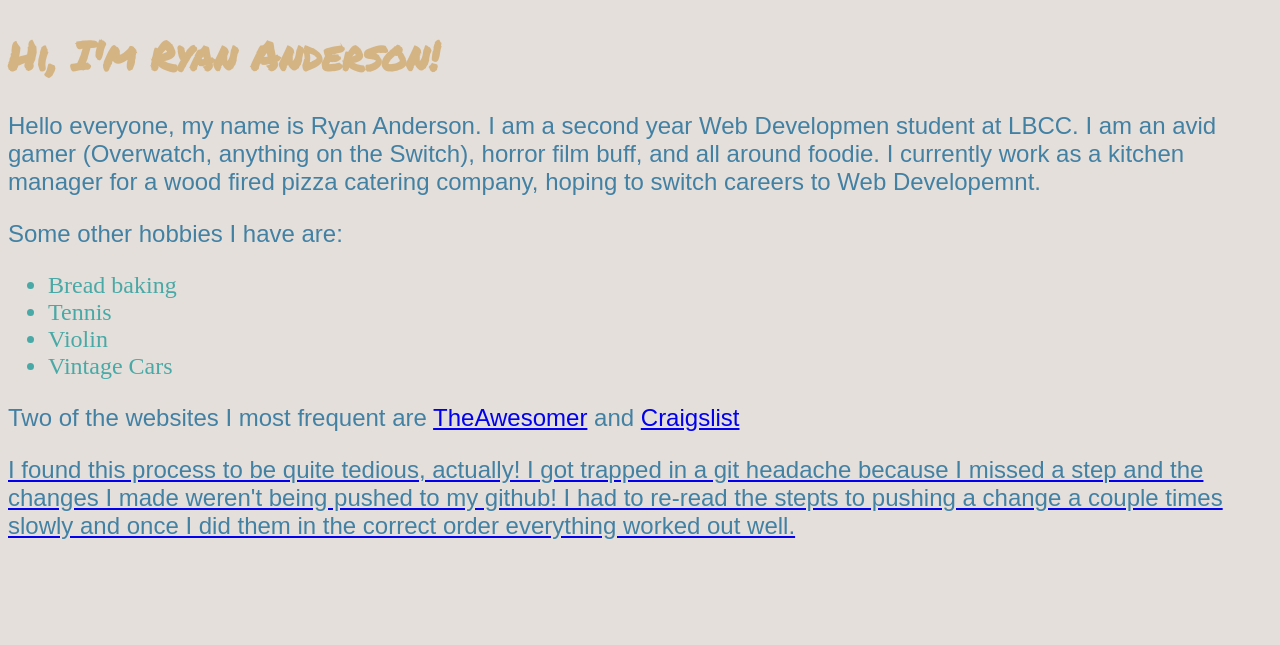
Repository: ryanaanderson0/COSW30
Page: http://localhost/Labwork/Lab1.php
The author's editor kept a record of every edit. The page is drawn from the files as they stood at one moment, then again after the next edit.
The browser window is 1280 px wide. The pictures show the whole page.
The page is run by PHP 8.4 with error messages shown; the project is at /var/www/html/.

Above is the page before.

After the next edit:
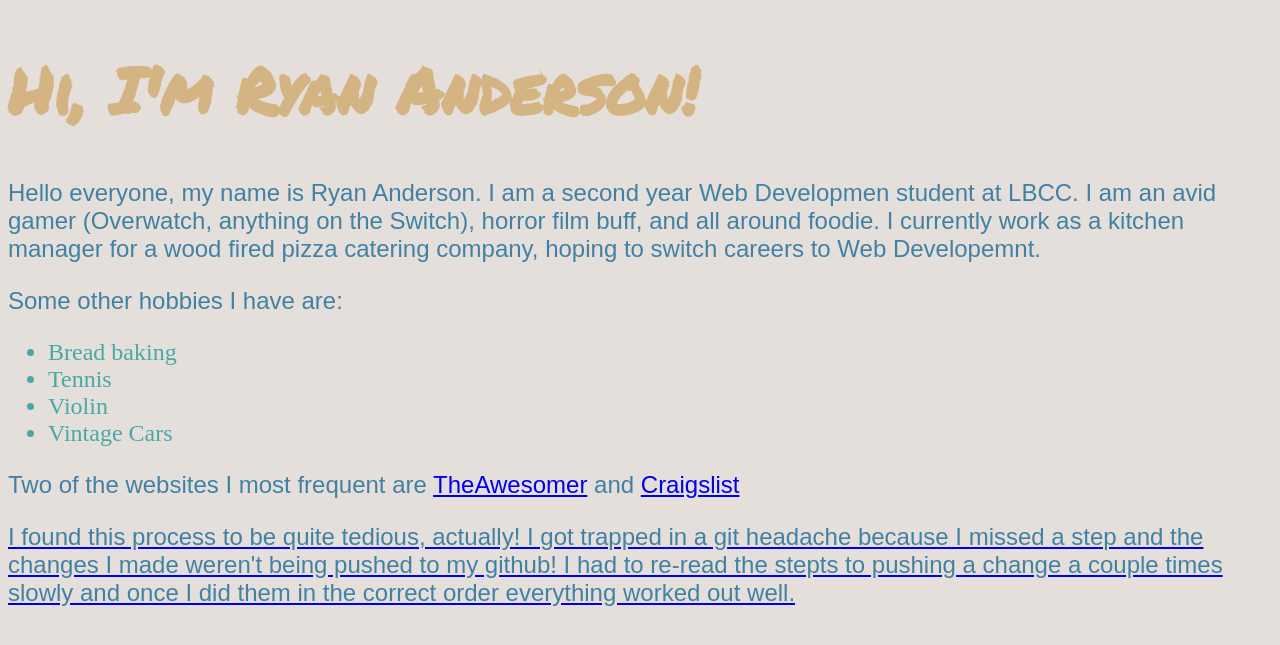
The edit:
--- a/Labwork/Lab1.php
+++ b/Labwork/Lab1.php
@@ -21,7 +21,7 @@
              }
 
              h1{
-                 font-size: 2.5em;
+                 font-size: 4em;
                  color: #D4B483;
                  font-family: 'Permanent Marker', cursive;
              }
